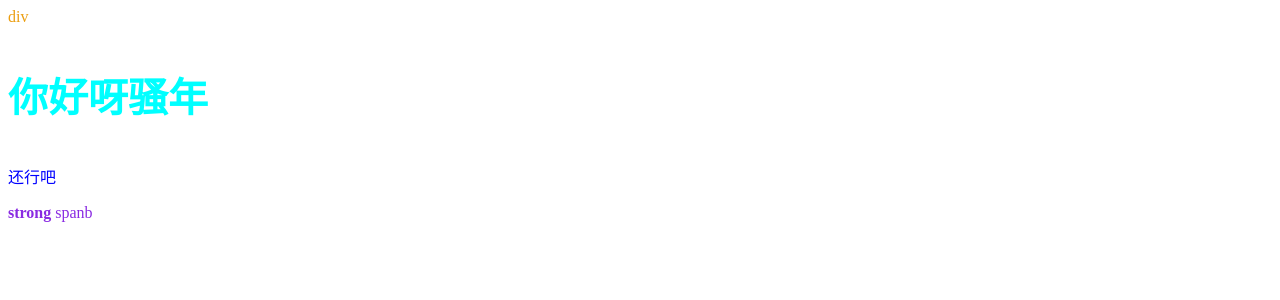
Repository: SharkPem/WebLearn
Page: demo/demo_css.html
The author's editor kept a copy of each file at every save. The page is drawn from the files as they stood at one save, then again after the next save.
The browser window is 1280 px wide. The pictures show the whole page.

Above is the page before, as saved 2022-03-28 11:01:48.

### demo/demo_css.html
<!DOCTYPE html>
<html lang="en">
<head>
    <meta charset="UTF-8">
    <meta http-equiv="X-UA-Compatible" content="IE=edge">
    <meta name="viewport" content="width=device-width, initial-scale=1.0">
    <title>Document</title>

    <!-- 外部模式模板-->
    <!-- <link type="text/css" rel="stylesheet" href="demo_css.css"/> -->
    <!-- 内部模式-->
    <style type="text/css">
        div,p{
            color: #eb9e11;
        }
        #lx{
            color: aqua;
            font-family: "楷体","微软雅黑";
            font-size: 40px;
            font-weight: bold;
        }
        #phy{
            color: blue;
        }
        .phylx{
            color: blueviolet;
        }
    </style>
</head>
<body>
    <div>div</div>
    <p id="lx">你好呀骚年</p>
    <p id="phy">还行吧</p>
    <strong class="phylx">strong</strong>
    <span class="phylx">spanb</span>

</body>
</html>

After the next save:
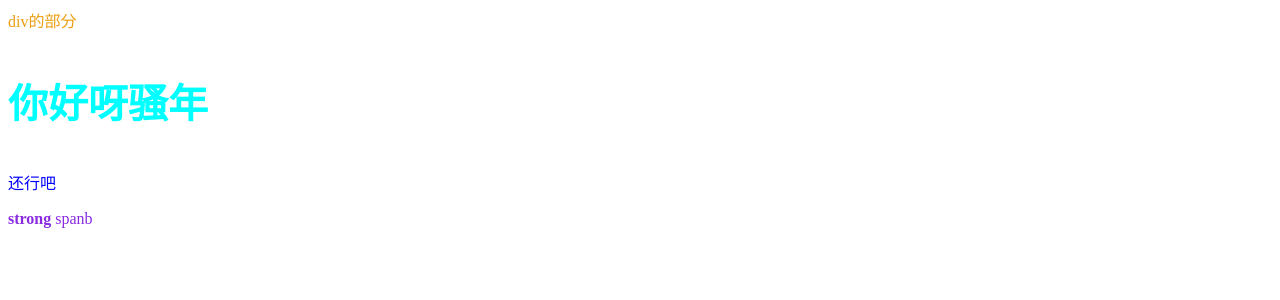
Saved 17 s later.
--- a/demo/demo_css.html
+++ b/demo/demo_css.html
@@ -28,7 +28,7 @@
     </style>
 </head>
 <body>
-    <div>div</div>
+    <div>div的部分</div>
     <p id="lx">你好呀骚年</p>
     <p id="phy">还行吧</p>
     <strong class="phylx">strong</strong>
